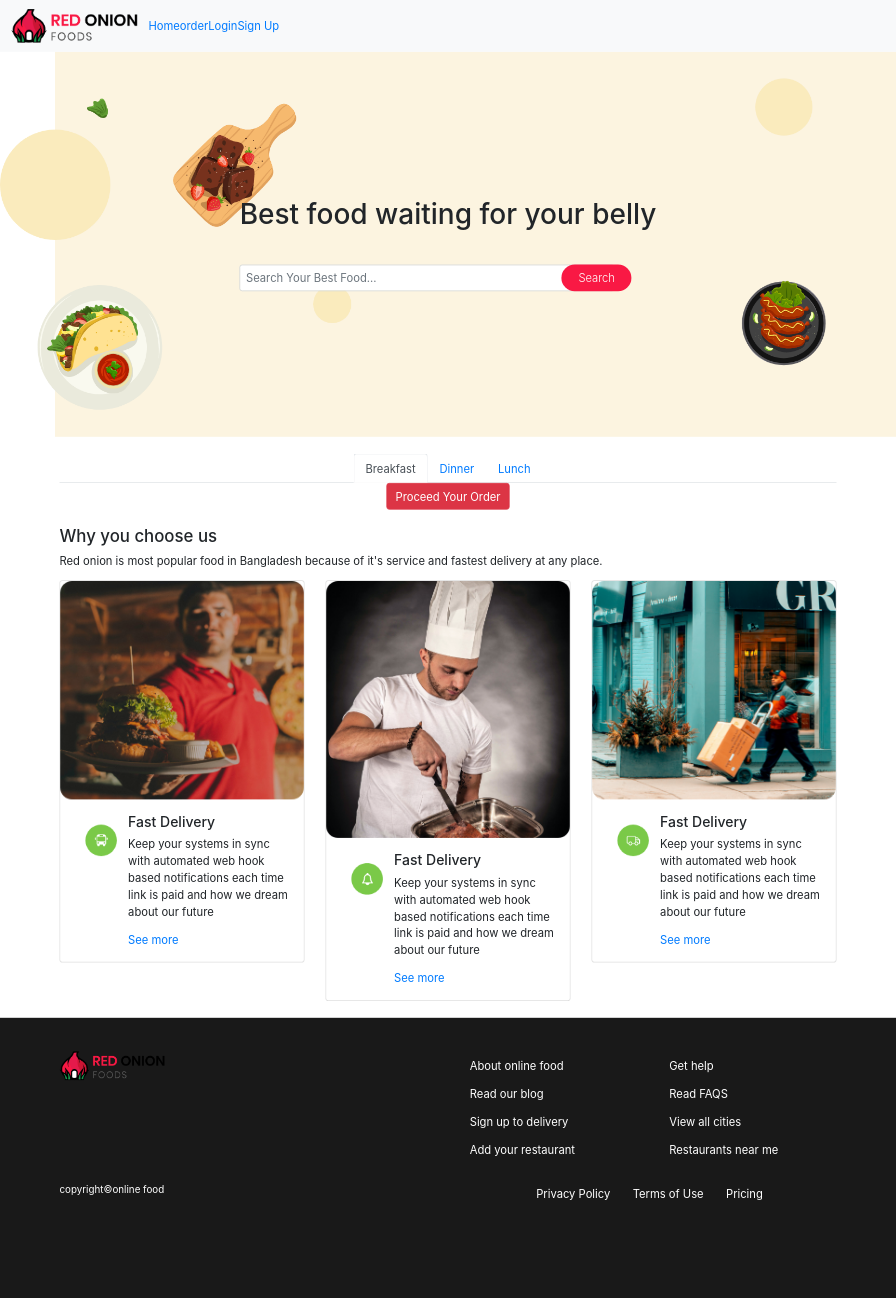
Repository: arif286/red-onion-client
Page: /
The author's editor kept a copy of each file at every save. The page is drawn from the files as they stood at one save, then again after the next save.
The browser window is 1280 px wide. The pictures show the whole page, at 70% of full size.
The page's requests for data from a server got no answer. The project was rebuilt for these pictures with package versions that can differ from the ones it lists, and the page was loaded fresh each time. No one was signed in, and anything a server would have sent is missing. Also part of the build but not shown: src/App.css, src/components/CheckOut/CheckOut.css, src/components/CheckOut/CheckOutForm/CheckOutFrom.js, src/components/CheckOut/CheckOut.js, src/components/FoodDetails/FoodDetail.css, src/components/FoodDetails/FoodDetail.js, src/components/Food/FoodItem.js, src/components/LogIn/firebase.config.js and 7 more. Imported but missing from the stored project, and not drawn on this page: src/components/CheckOut/Map/Map.

Above is the page before, as saved 2021-04-07 01:52:57.

After the next save:
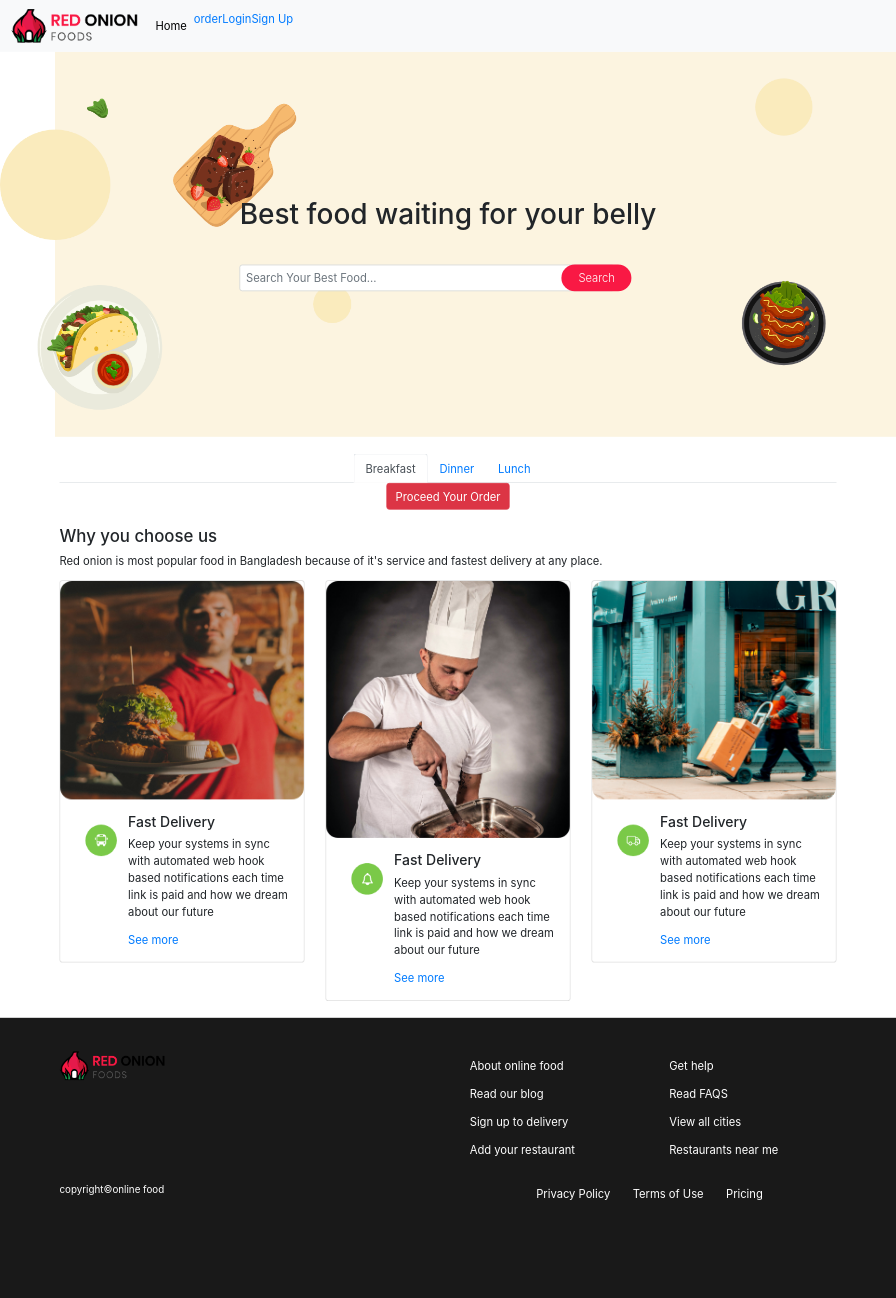
Saved 28 s later.
--- a/src/components/Header/Header.js
+++ b/src/components/Header/Header.js
@@ -68,7 +68,9 @@ const Header = () => {
           <Navbar.Toggle aria-controls="basic-navbar-nav" />
           <Navbar.Collapse id="basic-navbar-nav">
             <Nav className="mr-auto">
-              <NavLink to="/home">Home</NavLink>
+              <NavLink className="header-link" to="/home">
+                Home
+              </NavLink>
               <NavLink to="/order">order</NavLink>
               <NavLink to="/login">Login</NavLink>
               <NavLink to="/singUp">Sign Up</NavLink>
